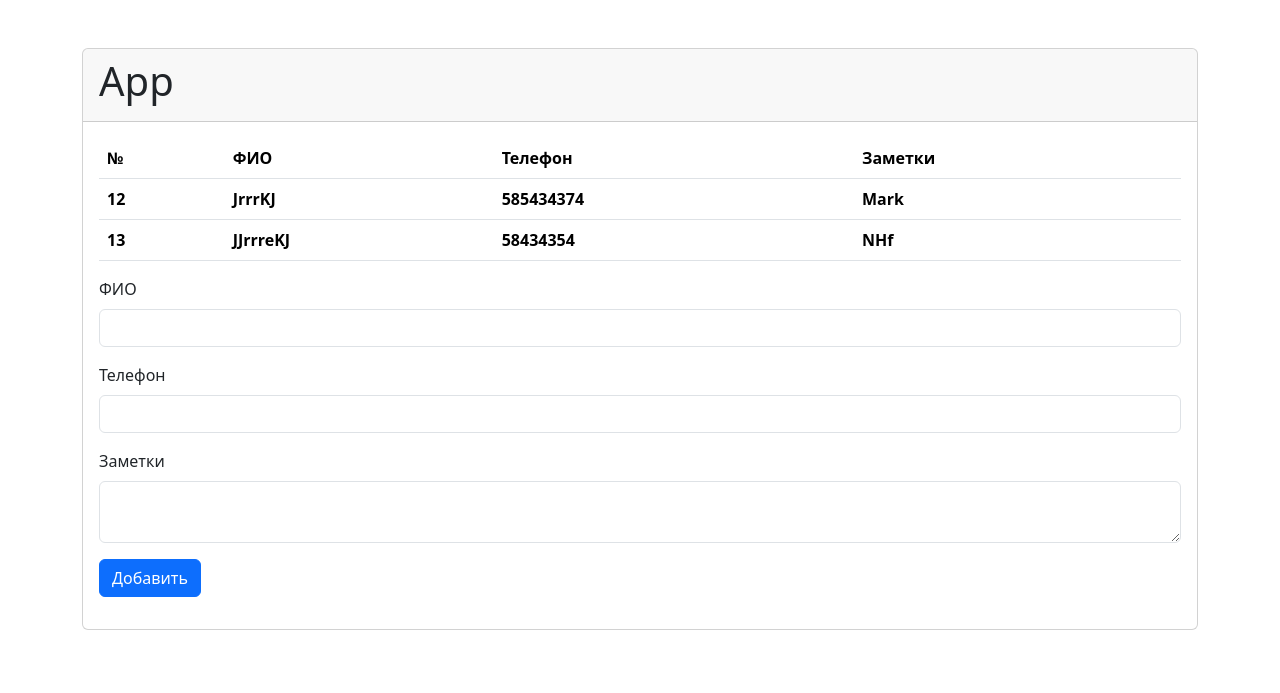
Repository: tatacheba/appstepikjavareact
Page: / (app in client/)
These files come from the project's save history. The page is drawn as it stood at one moment and after the next save; the edit follows.
The browser window is 1280 px wide. The pictures show the whole page.
The project was rebuilt for these pictures with package versions that can differ from the ones it lists, and the page was loaded fresh each time. Also part of the build but not shown: client/src/App.css.

Above is the page before, as saved 2024-11-27 14:48:57.

### client/public/index.html
<!DOCTYPE html>
<html lang="en">
    <head>
        <meta charset="utf-8" />
        <link rel="icon" href="%PUBLIC_URL%/favicon.ico" />
        <meta name="viewport" content="width=device-width, initial-scale=1" />
        <meta name="theme-color" content="#000000" />
        <meta
            name="description"
            content="Web site created using create-react-app"
        />
        <link rel="apple-touch-icon" href="%PUBLIC_URL%/logo192.png" />
        <link
            href="https://cdn.jsdelivr.net/npm/bootstrap@5.3.3/dist/css/bootstrap.min.css"
            rel="stylesheet"
            integrity="sha384-QWTKZyjpPEjISv5WaRU9OFeRpok6YctnYmDr5pNlyT2bRjXh0JMhjY6hW+ALEwIH"
            crossorigin="anonymous"
        />
        <!--
      manifest.json provides metadata used when your web app is installed on a
      user's mobile device or desktop. See https://developers.google.com/web/fundamentals/web-app-manifest/
    -->
        <link rel="manifest" href="%PUBLIC_URL%/manifest.json" />

        <title>App of Stepik</title>
    </head>
    <body>
        <div id="root"></div>
        <script
            src="https://cdn.jsdelivr.net/npm/bootstrap@5.3.3/dist/js/bootstrap.bundle.min.js"
            integrity="sha384-YvpcrYf0tY3lHB60NNkmXc5s9fDVZLESaAA55NDzOxhy9GkcIdslK1eN7N6jIeHz"
            crossorigin="anonymous"
        ></script>
    </body>
</html>

### client/src/index.js
import React from "react";
import ReactDOM from "react-dom/client";
import "./index.css";
import App from "./App";
import "bootstrap/dist/css/bootstrap.min.css";
import "bootstrap/dist/js/bootstrap.bundle.min.js";

const root = ReactDOM.createRoot(document.getElementById("root"));
root.render(
    <React.StrictMode>
        <App />
    </React.StrictMode>
);

### client/src/App.js
import "./App.css";
import TablewView from "./layouts/tableView/TablewView";
import { useState } from "react";
import FormNewItem from "./layouts/formNewItem/FormNewItem";

function App() {
    const [items, setItem] = useState([
        { id: 12, fullName: "JrrrKJ", phone: 585434374, notes: "Mark" },
        { id: 13, fullName: "JJrrreKJ", phone: 58434354, notes: "NHf" },
    ]);

    function appendContact() {
        const contact = {
            id: 15,
            fullName: "ннннн",
            phone: 585444,
            notes: "FFFF",
        };
        items[0].fullName = "Bpvtyt";
        setItem([...items, contact]);
        console.log(items);
    }

    return (
        <div className="container mt-5">
            <div className=" card">
                <div className="card-header">
                    <h1>App</h1>
                </div>
                <div className="card-body">
                    <TablewView data={items} />
                    <FormNewItem appendContact={appendContact} />
                </div>
            </div>
        </div>
    );
}

export default App;

### client/src/layouts/tableView/TablewView.js
import React from "react";
import TableRowItem from "./components/TableRowItem";

const TablewView = (props) => {
    return (
        <table className="table table-hover">
            <thead>
                <tr>
                    <th scope="col">№</th>
                    <th scope="col">ФИО</th>
                    <th scope="col">Телефон</th>
                    <th scope="col">Заметки</th>
                </tr>
            </thead>
            <tbody>
                {props.data.map((item) => (
                    <TableRowItem contact={item} />
                ))}
            </tbody>
        </table>
    );
};
export default TablewView;

### client/src/layouts/formNewItem/FormNewItem.js
import React from "react";

function FormNewItem(props) {
    return (
        <div className="mb-3">
            <form>
                <label className="form-label">ФИО</label>
                <div className="mb-3 ">
                    <input type="text" className="form-control" />
                </div>
                <label className="form-label">Телефон</label>
                <div className="mb-3">
                    <input type="phone" className="form-control" />
                </div>
                <label className="form-label">Заметки</label>
                <div className="mb-3">
                    <textarea type="textarea" className="form-control" />
                </div>
                <button
                    className="btn btn-primary"
                    onClick={props.appendContact}
                    type="button"
                >
                    Добавить
                </button>
            </form>
        </div>
    );
}

export default FormNewItem;

### client/src/layouts/tableView/components/TableRowItem.js
import React from "react";

const TableRowItem = (props) => {
    return (
        <tr>
            <th scope="row">{props.contact.id}</th>
            <th>{props.contact.fullName}</th>
            <th>{props.contact.phone}</th>
            <th>{props.contact.notes}</th>
        </tr>
    );
};

export default TableRowItem;

Loaded but not shown: client/src/index.css (common file)

After the next save:
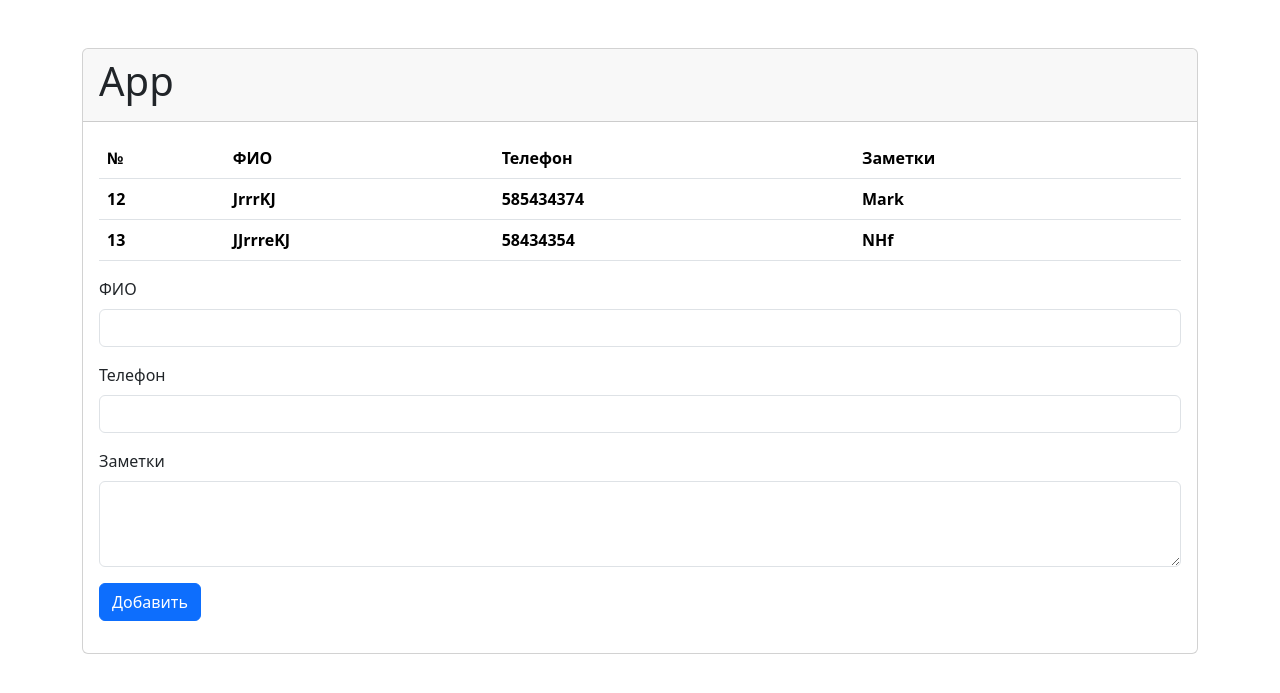
Saved 57 s later.
--- a/client/src/layouts/formNewItem/FormNewItem.js
+++ b/client/src/layouts/formNewItem/FormNewItem.js
@@ -14,7 +14,11 @@ function FormNewItem(props) {
                 </div>
                 <label className="form-label">Заметки</label>
                 <div className="mb-3">
-                    <textarea type="textarea" className="form-control" />
+                    <textarea
+                        type="textarea"
+                        className="form-control"
+                        rows={3}
+                    />
                 </div>
                 <button
                     className="btn btn-primary"
